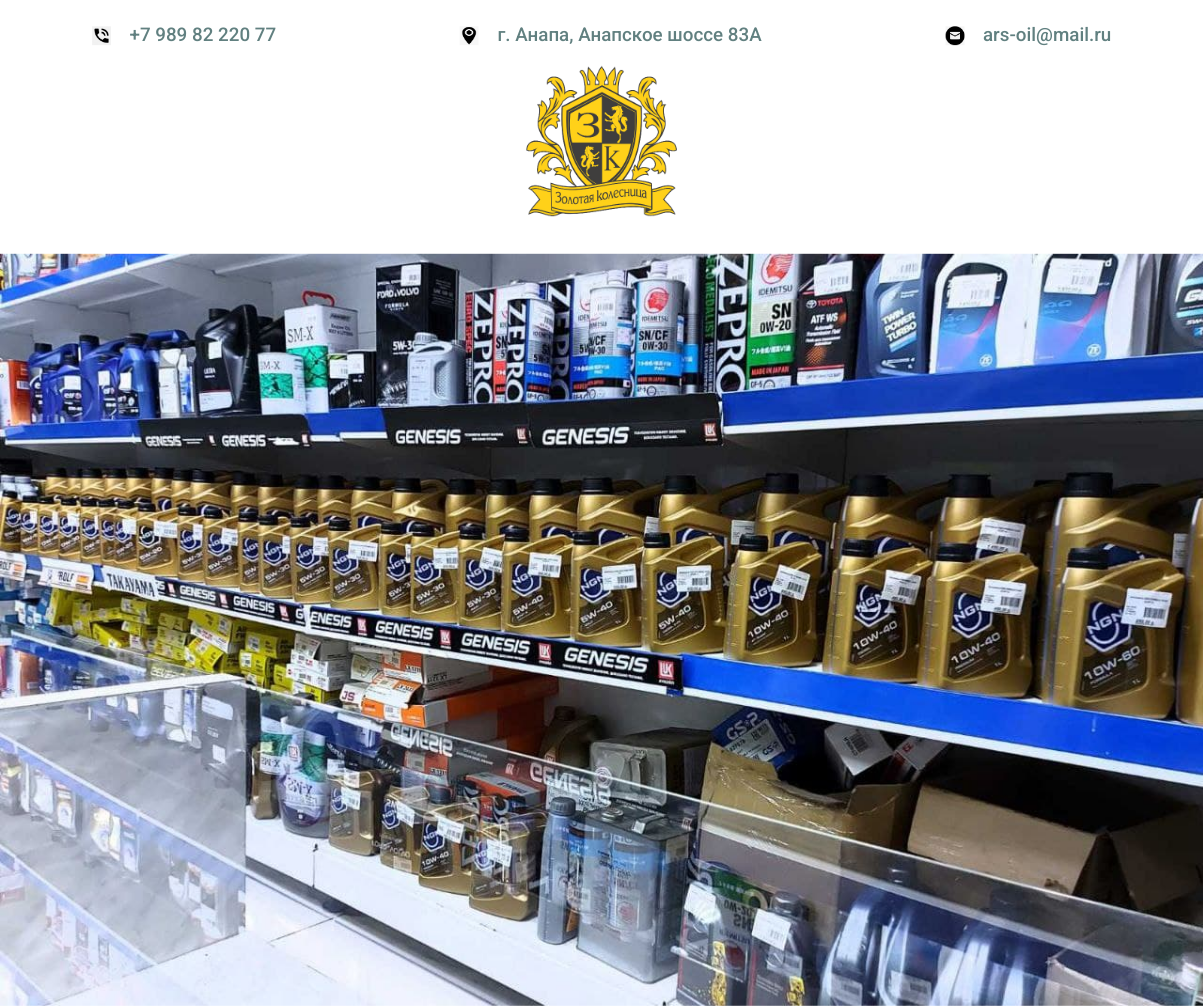
Repository: Vahe4836/new-project--Vahe
Page: /
These files come from the project's save history. The page is drawn as it stood at one moment and after the next save; the edit follows.
The browser window is 1280 px wide. The pictures show the whole page, at 94% of full size.
The project was rebuilt for these pictures with package versions that can differ from the ones it lists, and the page was loaded fresh each time.

Above is the page before, as saved 2022-02-25 15:09:08.

After the next save:
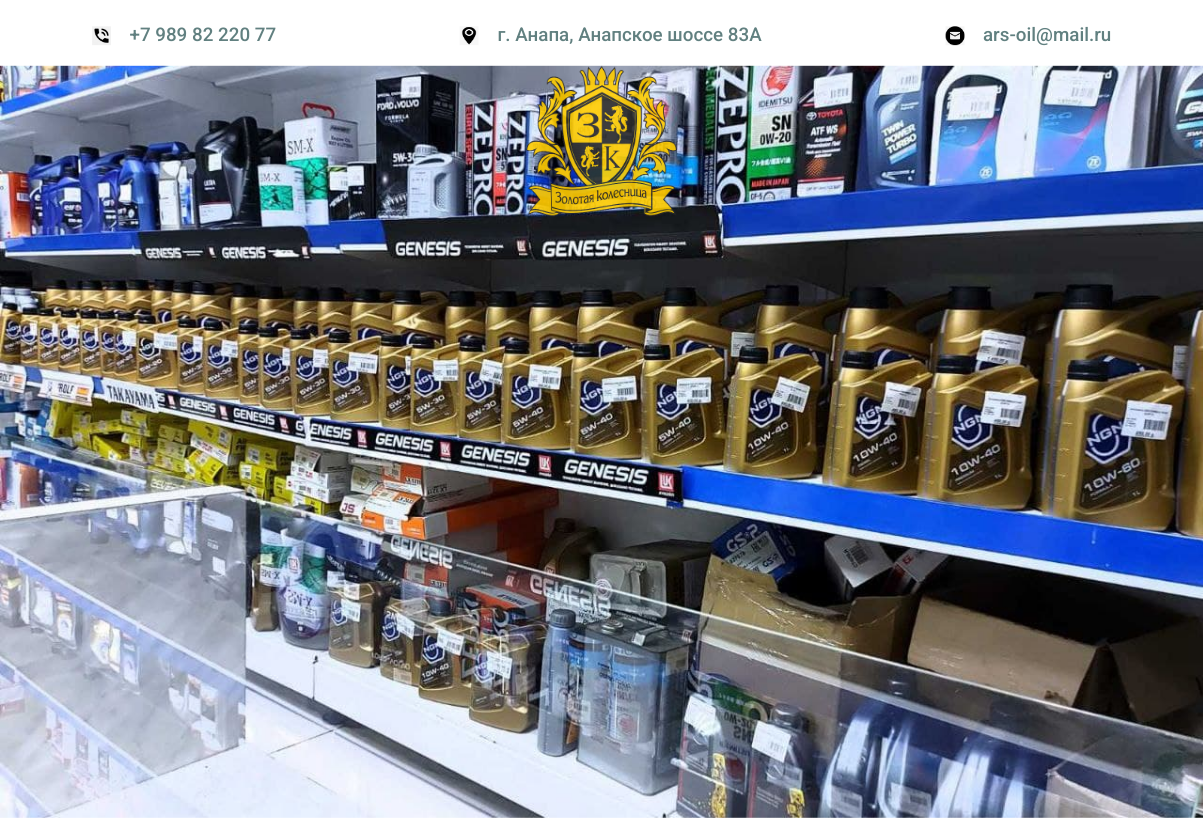
Saved 8 s later.
--- a/src/Layouts/Header/Header.module.scss
+++ b/src/Layouts/Header/Header.module.scss
@@ -44,7 +44,7 @@
 
 .logo{
     width: 100%;
-    height: 200px;
+    height: 00px;
     display: flex;
     justify-content: center;
     opacity: 0.9 !important;
